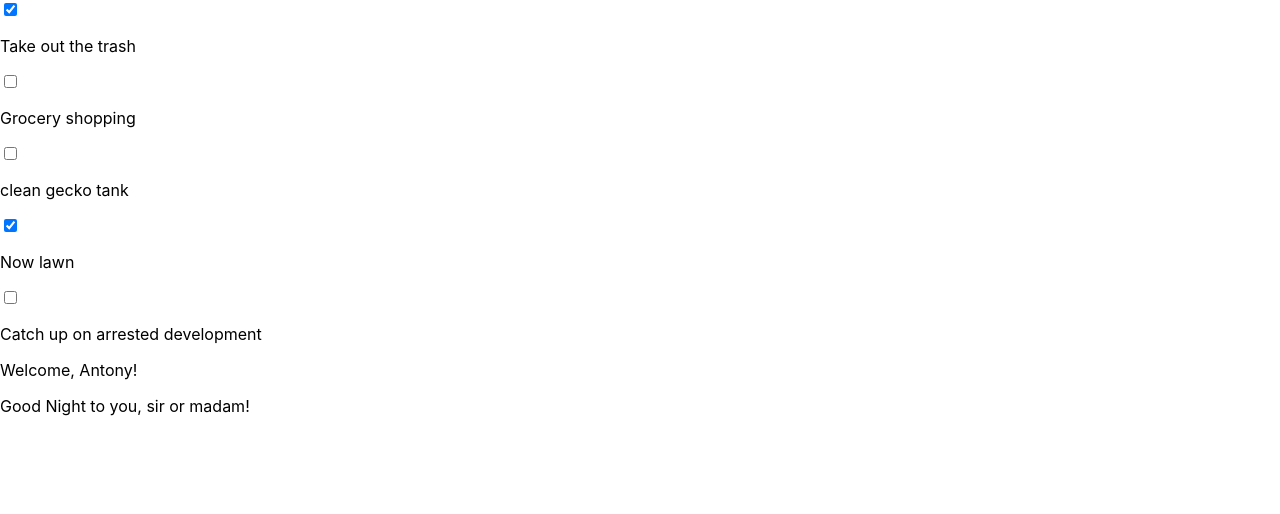
Repository: Antonynans/Todo-app
Page: /
These files come from the project's save history. The page is drawn as it stood at one moment and after the next save; the edit follows.
The browser window is 1280 px wide. The pictures show the whole page.
The project was rebuilt for these pictures with package versions that can differ from the ones it lists, and the page was loaded fresh each time.

Above is the page before, as saved 2020-09-17 17:19:14.

After the next save:
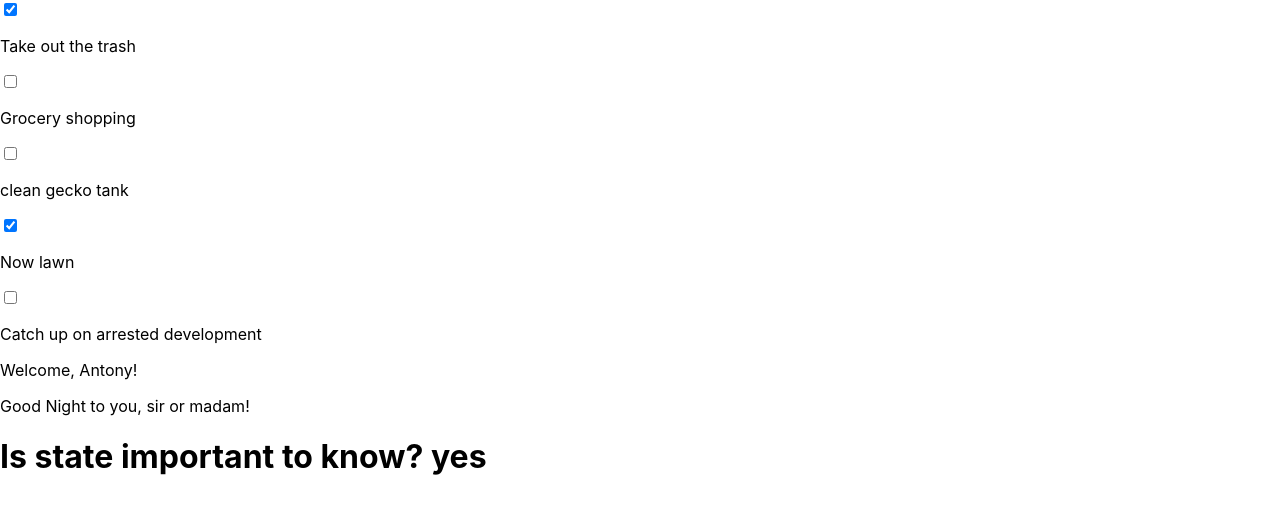
Saved 19 s later.
--- a/src/Practice.js
+++ b/src/Practice.js
@@ -27,6 +27,7 @@ class MyApp extends Component {
             <div>
                 <Header username="Antony"/>
                 <Greeting />
+                <App />
             </div>
         )
     }
